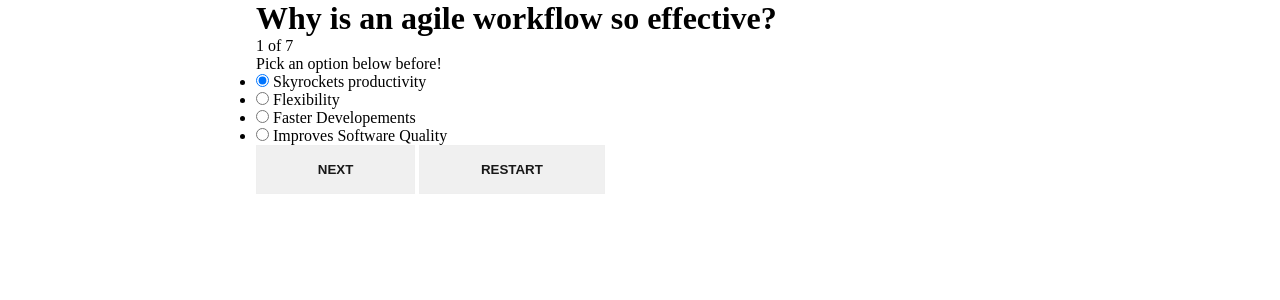
Repository: mukiSabljakovic/Quiz-APP
Page: index.html
An editor plug-in stored every save of this project. The page is shown before and after the next save, followed by the edit.
The browser window is 1280 px wide. The pictures show the whole page.
The pointer rests on the first visible `.button`.
Some web fonts or font styles are not loaded; a fallback is used.

Above is the page before, as saved 2020-05-01 11:45:08.

After the next save:
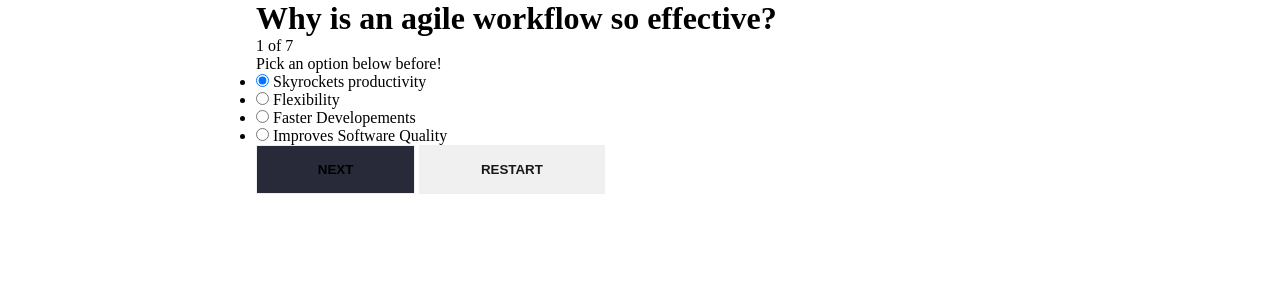
Saved 49 s later.
--- a/css/style.css
+++ b/css/style.css
@@ -37,5 +37,6 @@
 }
 
 .button:hover {
-
+    opacity: 1;
+    background: var(--light-black);
 }
